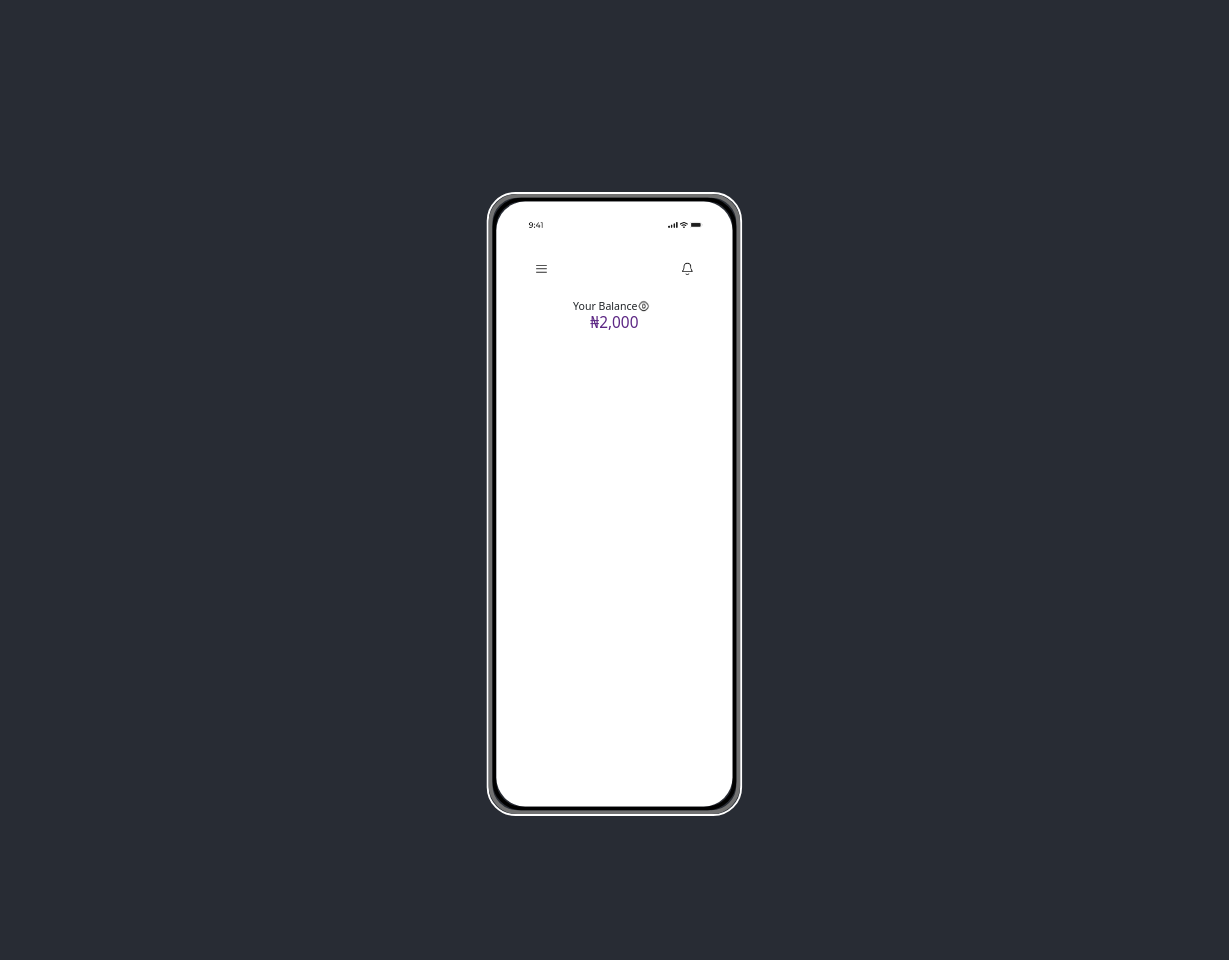
Repository: sarahnnanyelugo/fcmb-hackathon
Page: /
An editor plug-in stored every save of this project. The page is shown before and after the next save, followed by the edit.
The browser window is 1280 px wide. The pictures show the whole page, at 96% of full size.
The project was rebuilt for these pictures with package versions that can differ from the ones it lists, and the page was loaded fresh each time.

Above is the page before, as saved 2023-10-28 17:59:23.

After the next save:
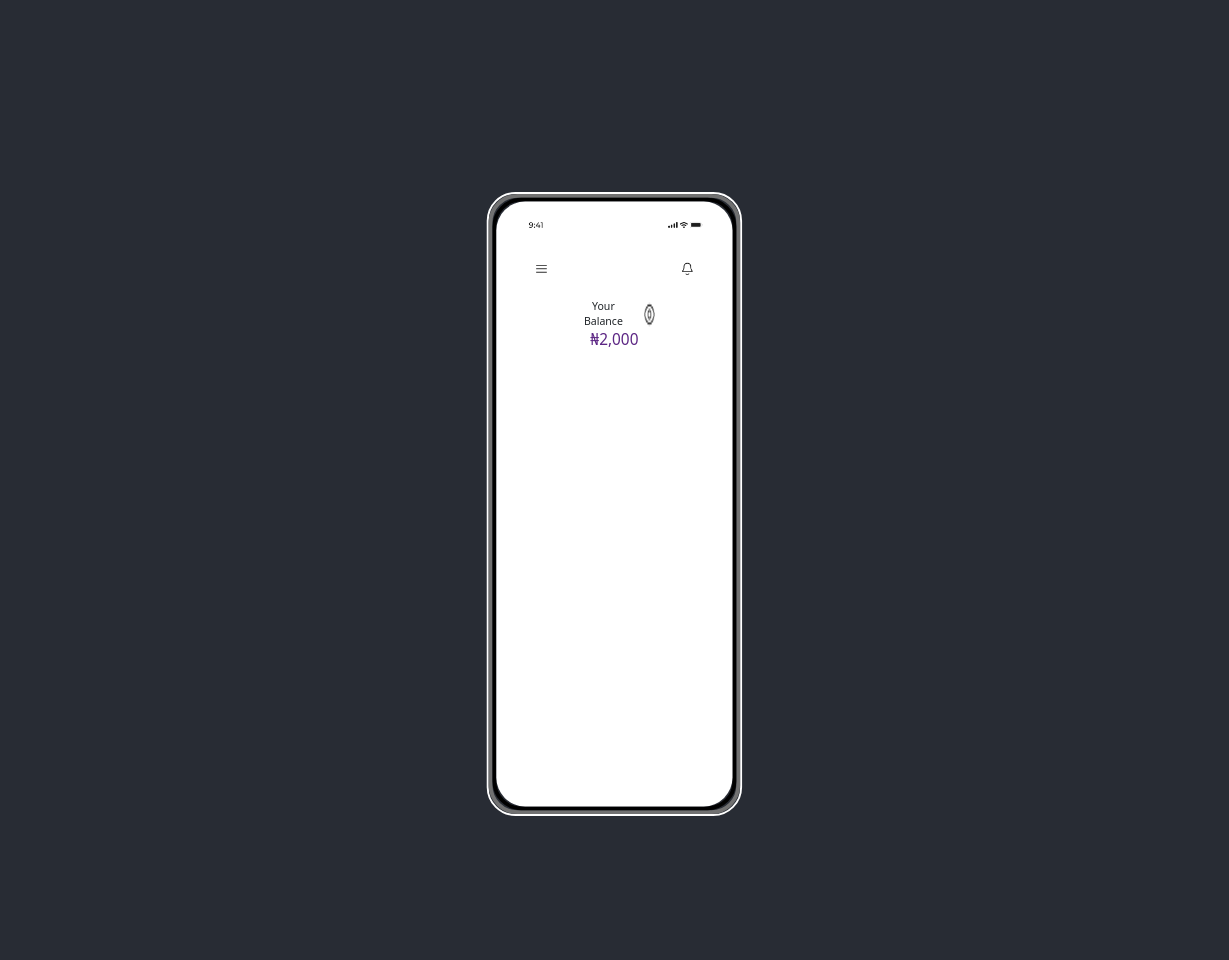
Saved 15 s later.
--- a/src/App.scss
+++ b/src/App.scss
@@ -39,4 +39,7 @@
   small {
     font-size: 11px;
   }
+  img {
+    margin-left: 10px;
+  }
 }
